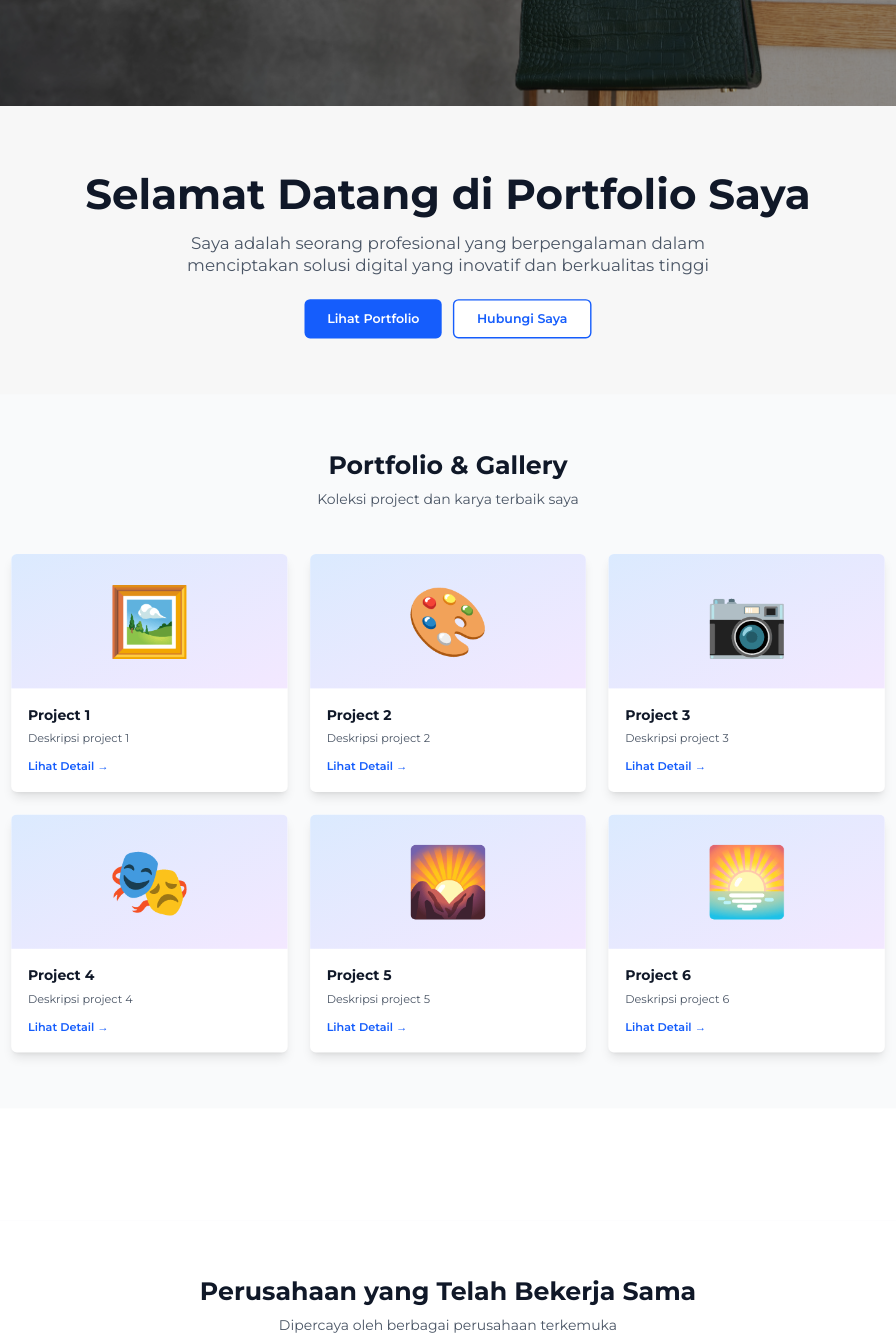
Repository: faridfirdaus-fred/konveksi_misju
Page: /
The author's editor kept a copy of each file at every save. The page is drawn from the files as they stood at one save, then again after the next save.
The browser window is 1280 px wide. The pictures show the part of the page from y = 569 to 2489 px (the page is 3133 px tall before and 2897 px after), at 70% of full size.
The project was rebuilt for these pictures with package versions that can differ from the ones it lists, and the page was loaded fresh each time. Also part of the build but not shown: vite.config.js.

Above is the page before, as saved 2026-01-09 19:00:47.

### index.html
<!doctype html>
<html lang="en">
  <head>
    <meta charset="UTF-8" />
    <link rel="icon" type="image/svg+xml" href="/vite.svg" />
    <meta name="viewport" content="width=device-width, initial-scale=1.0" />
    <link rel="preconnect" href="https://fonts.googleapis.com">
    <link rel="preconnect" href="https://fonts.gstatic.com" crossorigin>
    <link href="https://fonts.googleapis.com/css2?family=Montserrat:wght@300;400;500;600;700;800&display=swap" rel="stylesheet">
    <title>portfolio_misju</title>
  </head>
  <body>
    <div id="root"></div>
    <script type="module" src="/src/main.jsx"></script>
  </body>
</html>

### src/index.css
@import "tailwindcss";

@theme {
  --color-primary: #654834;
  --color-secondary: #F7F7F7;
}

### src/App.jsx
import './App.css'
import Navbar from './components/Navbar'
import Hero from './components/Hero'
import Partners from './components/Partners'
import Gallery from './components/Gallery'
import About from './components/About'
import Footer from './components/Footer'
import Hero_Bottom from './components/Hero_Bottom'

function App() {
  return (
    <div className="min-h-screen bg-gray-50">
      <Navbar />
      <Hero />
      <Hero_Bottom />
      <Gallery />
      <About />
      <Partners />
      <Footer />
    </div>
  )
}

export default App

### src/App.css
/* Custom styles for portfolio */
html {
  scroll-behavior: smooth;
}

body {
  font-family: "Montserrat", sans-serif;
  font-optical-sizing: auto;
}

### src/components/Navbar.jsx
import { useState } from 'react'
import logo from '../assets/logo.webp'

function Navbar() {
    const [isMobileMenuOpen, setIsMobileMenuOpen] = useState(false)

    const scrollToSection = (id) => {
        const element = document.getElementById(id)
        if (element) {
            element.scrollIntoView({ behavior: 'smooth' })
        }
        setIsMobileMenuOpen(false)
    }

    return (
        <nav className="fixed top-0 left-0 right-0 bg-secondary shadow-md z-50">
            <div className="w-11/12 md:11/12 mx-auto">
                <div className="flex justify-between items-center h-16">
                    {/* Logo - Kiri */}
                    <div className="shrink-0">
                        <a href="#home" className="flex items-center">
                            <img src={logo} alt="MyPortfolio Logo" className="h-10 w-auto" />
                        </a>
                    </div>

                    {/* Navigation - Tengah (Desktop) */}
                    <div className="hidden md:flex space-x-8">
                        <button onClick={() => scrollToSection('home')} className="text-gray-700 hover:text-primary transition">
                            Beranda
                        </button>

                        <button onClick={() => scrollToSection('gallery')} className="text-gray-700 hover:text-primary transition">
                            Galeri
                        </button>
                        <button onClick={() => scrollToSection('about')} className="text-gray-700 hover:text-primary transition">
                            Tentang
                        </button>
                         <button onClick={() => scrollToSection('partners')} className="text-gray-700 hover:text-primary transition">
                            Mitra
                        </button>
                    </div>

                    {/* Contact Button - Kanan */}
                    <div className="hidden md:block">
                        <a
                            href="https://wa.me/6285318217545"
                            target="_blank"
                            rel="noopener noreferrer"
                            className="inline-block bg-primary text-white px-6 py-2 rounded-lg transition hover:bg-secondary hover:text-primary border-2 border-primary"
                        >
                            Hubungi Kami
                        </a>
                    </div>

                    {/* Mobile menu button */}
                    <div className="md:hidden">
                        <button
                            onClick={() => setIsMobileMenuOpen(!isMobileMenuOpen)}
                            className="text-gray-700 hover:text-blue-600"
                        >
                            <svg className="h-6 w-6" fill="none" viewBox="0 0 24 24" stroke="currentColor">
                                <path strokeLinecap="round" strokeLinejoin="round" strokeWidth={2} d={isMobileMenuOpen ? "M6 18L18 6M6 6l12 12" : "M4 6h16M4 12h16M4 18h16"} />
                            </svg>
                        </button>
                    </div>
                </div>
            </div>

            {/* Mobile menu */}
            {isMobileMenuOpen && (
                <div className="md:hidden bg-white border-t">
                    <div className="px-2 pt-2 pb-3 space-y-1">
                        <button onClick={() => scrollToSection('home')} className="block w-full text-left px-3 py-2 text-gray-700 hover:bg-gray-100">
                            Beranda
                        </button>
                        <button onClick={() => scrollToSection('partners')} className="block w-full text-left px-3 py-2 text-gray-700 hover:bg-gray-100">
                            Mitra
                        </button>
                        <button onClick={() => scrollToSection('gallery')} className="block w-full text-left px-3 py-2 text-gray-700 hover:bg-gray-100">
                            Galeri
                        </button>
                        <button onClick={() => scrollToSection('about')} className="block w-full text-left px-3 py-2 text-gray-700 hover:bg-gray-100">
                            Tentang
                        </button>
                        <a
                            href="https://wa.me/6285318217545"
                            target="_blank"
                            rel="noopener noreferrer"
                            className="block w-full text-center px-3 py-2 bg-primary text-secondary hover:bg-secondary hover:text-primary rounded"
                        >
                            Hubungi Kami
                        </a>
                    </div>
                </div>
            )}
        </nav>
    )
}

export default Navbar

### src/components/Hero.jsx
import hero from '../assets/hero.webp'

function Hero() {

  return (
    <section
      id="home"
      className="min-h-screen w-full flex items-center relative bg-cover bg-center bg-no-repeat"
      style={{
        backgroundImage: `url(${hero})`
      }}
    >
      {/* Overlay */}
      <div className="absolute inset-0 bg-black/40"></div>

      {/* Content */}
      <div className="relative z-10 w-11/12 mx-auto">
        <div className="w-6/12">
          <h1 className="text-4xl md:text-6xl font-bold text-white mb-4">
            Misju - Konveksi Tas Berkualitas
          </h1>
          <p className="text-lg md:text-xl text-white/90 mb-6">
            Spesialis pembuatan tas custom untuk kebutuhan pribadi, bisnis, dan institusi. Kualitas terjamin dengan harga terjangkau.
          </p>
          <div className="flex flex-wrap gap-4">
            <a
              href="https://wa.me/6285318217545"
              target="_blank"
              rel="noopener noreferrer"
              className="bg-primary text-white px-6 py-3 rounded-lg text-lg font-semibold hover:bg-secondary hover:text-primary transition shadow-lg"
            >
              Hubungi Kami
            </a>
          </div>
        </div>
        <div className='w-6/12'></div>
      </div>
    </section>
  )
}

export default Hero

### src/components/Partners.jsx
function Partners() {
  const partners = [
    { id: 1, name: 'Company 1', logo: '🏢' },
    { id: 2, name: 'Company 2', logo: '🏭' },
    { id: 3, name: 'Company 3', logo: '🏪' },
    { id: 4, name: 'Company 4', logo: '🏛️' },
    { id: 5, name: 'Company 5', logo: '🏦' },
  ]

  return (
    <section id="partners" className="py-20 px-4 bg-white">
      <div className="max-w-7xl mx-auto">
        <div className="text-center mb-16">
          <h2 className="text-4xl font-bold text-gray-900 mb-4">
            Perusahaan yang Telah Bekerja Sama
          </h2>
          <p className="text-xl text-gray-600">
            Dipercaya oleh berbagai perusahaan terkemuka
          </p>
        </div>
        <div className="grid grid-cols-2 md:grid-cols-3 lg:grid-cols-5 gap-8">
          {partners.map((partner) => (
            <div key={partner.id} className="flex flex-col items-center justify-center p-6 bg-gray-50 rounded-lg hover:shadow-lg transition">
              <div className="text-6xl mb-4">{partner.logo}</div>
              <p className="text-gray-700 font-semibold">{partner.name}</p>
            </div>
          ))}
        </div>
      </div>
    </section>
  )
}

export default Partners

### src/components/Gallery.jsx
function Gallery() {
  const galleryItems = [
    { id: 1, title: 'Project 1', image: '🖼️', description: 'Deskripsi project 1' },
    { id: 2, title: 'Project 2', image: '🎨', description: 'Deskripsi project 2' },
    { id: 3, title: 'Project 3', image: '📷', description: 'Deskripsi project 3' },
    { id: 4, title: 'Project 4', image: '🎭', description: 'Deskripsi project 4' },
    { id: 5, title: 'Project 5', image: '🌄', description: 'Deskripsi project 5' },
    { id: 6, title: 'Project 6', image: '🌅', description: 'Deskripsi project 6' },
  ]

  return (
    <section id="gallery" className="py-20 px-4 bg-gray-50">
      <div className="max-w-7xl mx-auto">
        <div className="text-center mb-16">
          <h2 className="text-4xl font-bold text-gray-900 mb-4">
            Portfolio & Gallery
          </h2>
          <p className="text-xl text-gray-600">
            Koleksi project dan karya terbaik saya
          </p>
        </div>
        <div className="grid grid-cols-1 md:grid-cols-2 lg:grid-cols-3 gap-8">
          {galleryItems.map((item) => (
            <div key={item.id} className="bg-white rounded-lg overflow-hidden shadow-lg hover:shadow-xl transition">
              <div className="h-48 bg-gradient-to-br from-blue-100 to-purple-100 flex items-center justify-center text-8xl">
                {item.image}
              </div>
              <div className="p-6">
                <h3 className="text-xl font-bold text-gray-900 mb-2">{item.title}</h3>
                <p className="text-gray-600">{item.description}</p>
                <button className="mt-4 text-blue-600 font-semibold hover:text-blue-700">
                  Lihat Detail →
                </button>
              </div>
            </div>
          ))}
        </div>
      </div>
    </section>
  )
}

export default Gallery

### src/components/About.jsx
function About() {
  return (
    <section id="about" className="py-20 px-4 bg-white ">
      <div className="max-w-7xl mx-auto">

      </div>
    </section>
  )
}

export default About

### src/components/Footer.jsx
function Footer() {
  const scrollToSection = (id) => {
    const element = document.getElementById(id)
    if (element) {
      element.scrollIntoView({ behavior: 'smooth' })
    }
  }

  return (
    <footer id="footer" className="bg-primary text-white py-12 px-4">
      <div className="max-w-7xl mx-auto">
        <div className="grid grid-cols-1 md:grid-cols-3 gap-8 mb-8">
          {/* About */}
          <div>
            <h3 className="text-2xl font-bold mb-4">MyPortfolio</h3>
            <p className="text-gray-400">
              Menciptakan solusi digital yang inovatif dan berkualitas untuk kesuksesan bisnis Anda
            </p>
          </div>

          {/* Quick Links */}
          <div>
            <h3 className="text-xl font-bold mb-4">Quick Links</h3>
            <ul className="space-y-2">
              <li>
                <button onClick={() => scrollToSection('home')} className="text-gray-400 hover:text-white transition">
                  Home
                </button>
              </li>
              <li>
                <button onClick={() => scrollToSection('partners')} className="text-gray-400 hover:text-white transition">
                  Partners
                </button>
              </li>
              <li>
                <button onClick={() => scrollToSection('gallery')} className="text-gray-400 hover:text-white transition">
                  Gallery
                </button>
              </li>
              <li>
                <button onClick={() => scrollToSection('about')} className="text-gray-400 hover:text-white transition">
                  About
                </button>
              </li>
            </ul>
          </div>

          {/* Contact */}
          <div>
            <h3 className="text-xl font-bold mb-4">Contact</h3>
            <ul className="space-y-2 text-gray-400">
              <li>📧 email@example.com</li>
              <li>📱 +62 123 4567 8900</li>
              <li>📍 Jakarta, Indonesia</li>
            </ul>
            <div className="flex gap-4 mt-4">
              <a href="#" className="text-2xl hover:text-blue-400 transition">🔗</a>
              <a href="#" className="text-2xl hover:text-blue-400 transition">💼</a>
              <a href="#" className="text-2xl hover:text-blue-400 transition">📸</a>
            </div>
          </div>
        </div>

        <div className="border-t border-gray-800 pt-8 text-center text-gray-400">
          <p>&copy; 2026 MyPortfolio. All rights reserved.</p>
        </div>
      </div>
    </footer>
  )
}

export default Footer

### src/components/Hero_Bottom.jsx
function Hero_Bottom() {
  const scrollToSection = (id) => {
    const element = document.getElementById(id)
    if (element) {
      element.scrollIntoView({ behavior: 'smooth' })
    }
  }

  return (
    <section id="home" className="pt-24 pb-20 bg-secondary w-full ">
      <div className="max-w-7xl mx-auto">
      <div className="text-center">
          <h1 className="text-5xl md:text-6xl font-bold text-gray-900 mb-6">
            Selamat Datang di Portfolio Saya
          </h1>
          <p className="text-xl md:text-2xl text-gray-600 mb-8 max-w-3xl mx-auto">
            Saya adalah seorang profesional yang berpengalaman dalam menciptakan solusi digital yang inovatif dan berkualitas tinggi
          </p>
          <div className="flex justify-center gap-4">
            <button onClick={() => scrollToSection('gallery')} className="bg-blue-600 text-white px-8 py-3 rounded-lg text-lg font-semibold hover:bg-blue-700 transition">
              Lihat Portfolio
            </button>
            <button onClick={() => scrollToSection('footer')} className="bg-white text-blue-600 px-8 py-3 rounded-lg text-lg font-semibold border-2 border-blue-600 hover:bg-blue-50 transition">
              Hubungi Saya
            </button>
          </div>
        </div>
      </div>
    </section>
  )
}

export default Hero_Bottom

Loaded but not shown: src/main.jsx (common file)

After the next save:
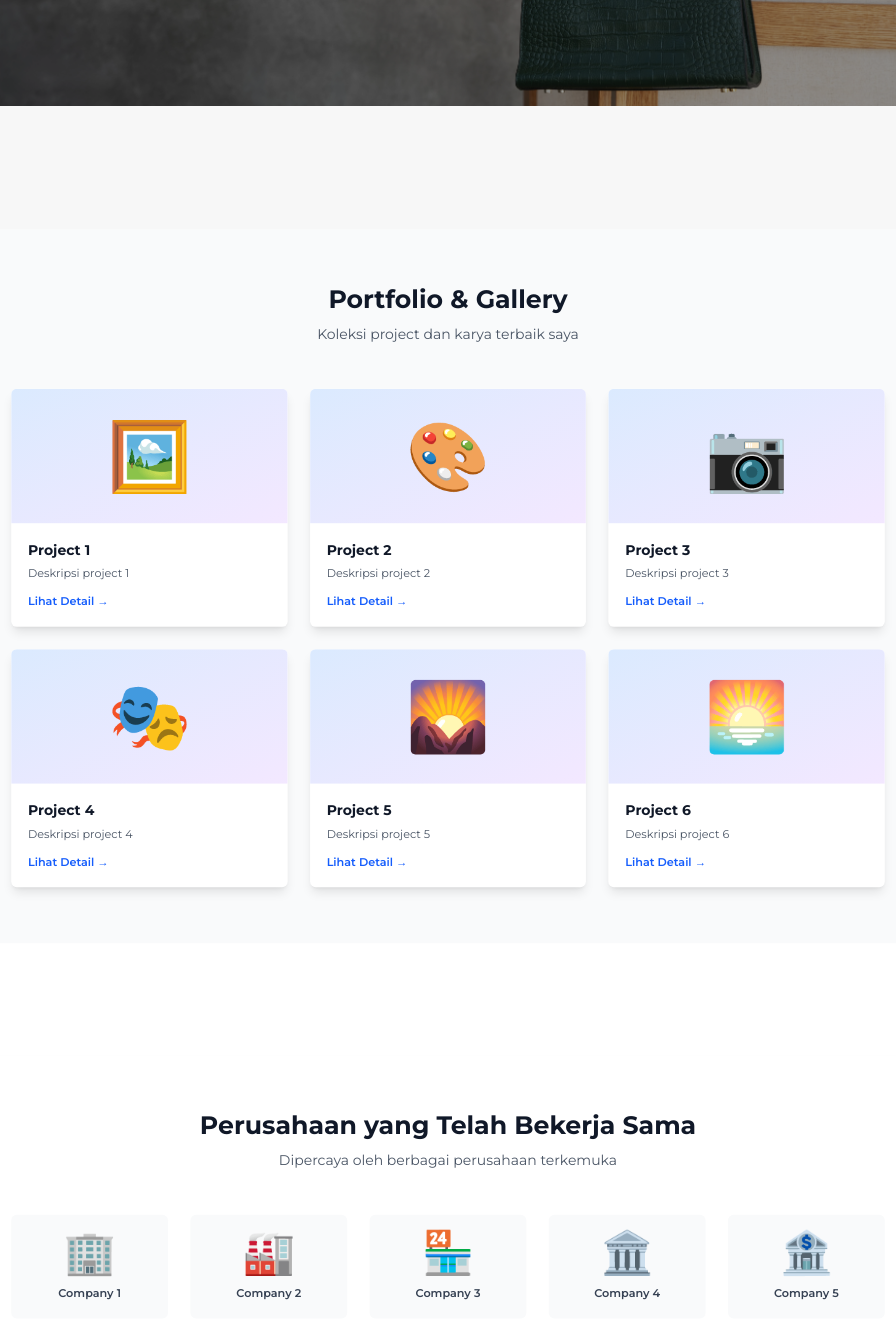
Saved 9 s later.
--- a/src/components/Hero_Bottom.jsx
+++ b/src/components/Hero_Bottom.jsx
@@ -9,22 +9,7 @@
   return (
     <section id="home" className="pt-24 pb-20 bg-secondary w-full ">
       <div className="max-w-7xl mx-auto">
-      <div className="text-center">
-          <h1 className="text-5xl md:text-6xl font-bold text-gray-900 mb-6">
-            Selamat Datang di Portfolio Saya
-          </h1>
-          <p className="text-xl md:text-2xl text-gray-600 mb-8 max-w-3xl mx-auto">
-            Saya adalah seorang profesional yang berpengalaman dalam menciptakan solusi digital yang inovatif dan berkualitas tinggi
-          </p>
-          <div className="flex justify-center gap-4">
-            <button onClick={() => scrollToSection('gallery')} className="bg-blue-600 text-white px-8 py-3 rounded-lg text-lg font-semibold hover:bg-blue-700 transition">
-              Lihat Portfolio
-            </button>
-            <button onClick={() => scrollToSection('footer')} className="bg-white text-blue-600 px-8 py-3 rounded-lg text-lg font-semibold border-2 border-blue-600 hover:bg-blue-50 transition">
-              Hubungi Saya
-            </button>
-          </div>
-        </div>
+
       </div>
     </section>
   )
